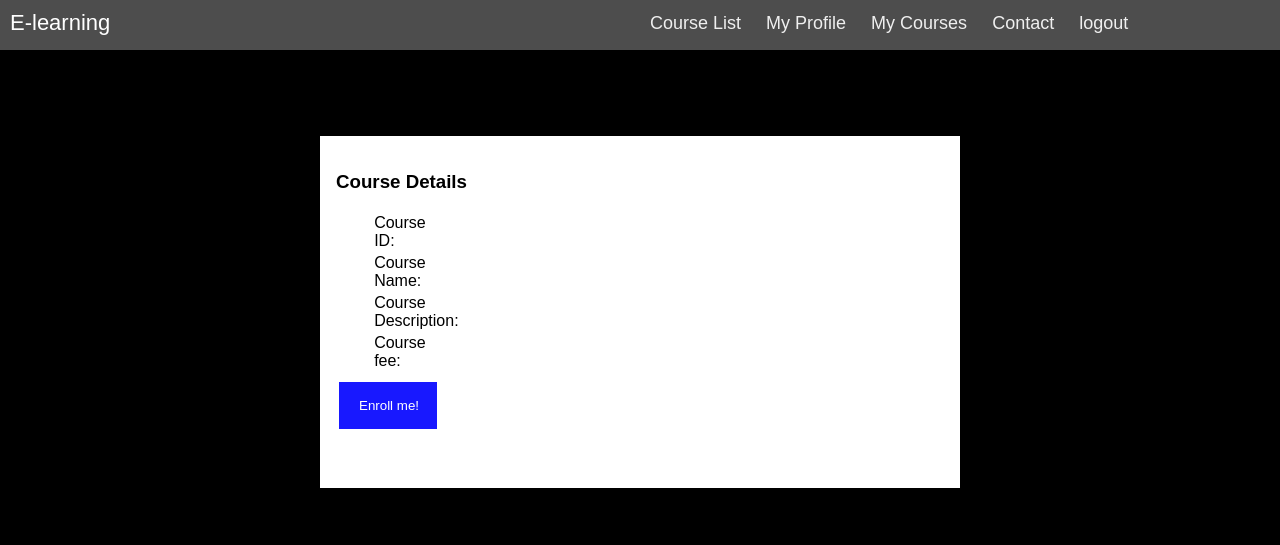
Repository: hemanthchallacs/learning_spring_boot
Page: http://localhost/courseDetails
These files come from the project's save history. The page is drawn as it stood at one moment and after the next save; the edit follows.
The browser window is 1280 px wide. The pictures show the whole page.
The page is this project's Thymeleaf template; nobody is signed in. The template is opened directly, without the code that normally fills it, so the values that code supplies are empty.

Above is the page before, as saved 2021-07-13 07:37:43.

After the next save:
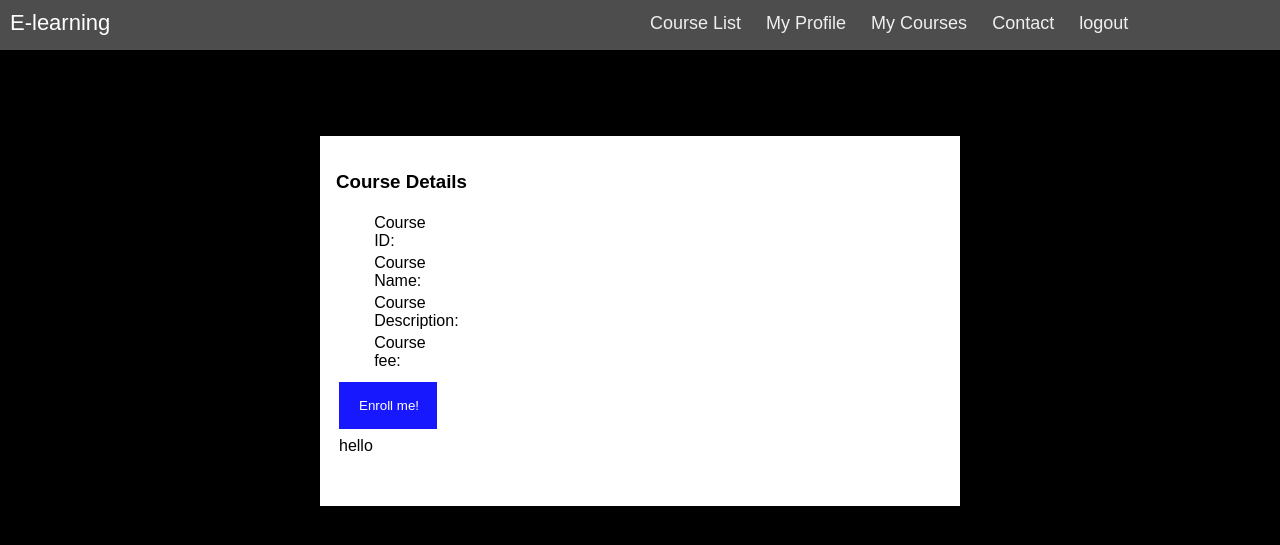
Saved 12 s later.
--- a/ver1_elearning/src/main/resources/templates/courseDetails.html
+++ b/ver1_elearning/src/main/resources/templates/courseDetails.html
@@ -283,6 +283,7 @@ a {
 		<form  th:action="@{/course/enroll/__${course.course_id}__/enrolled}" method = "post">
 		<input class= "enrollme" type="submit" value = "Enroll me!">
 		</form>
+		hello
 	</td>
 	</tr>
 </table>
